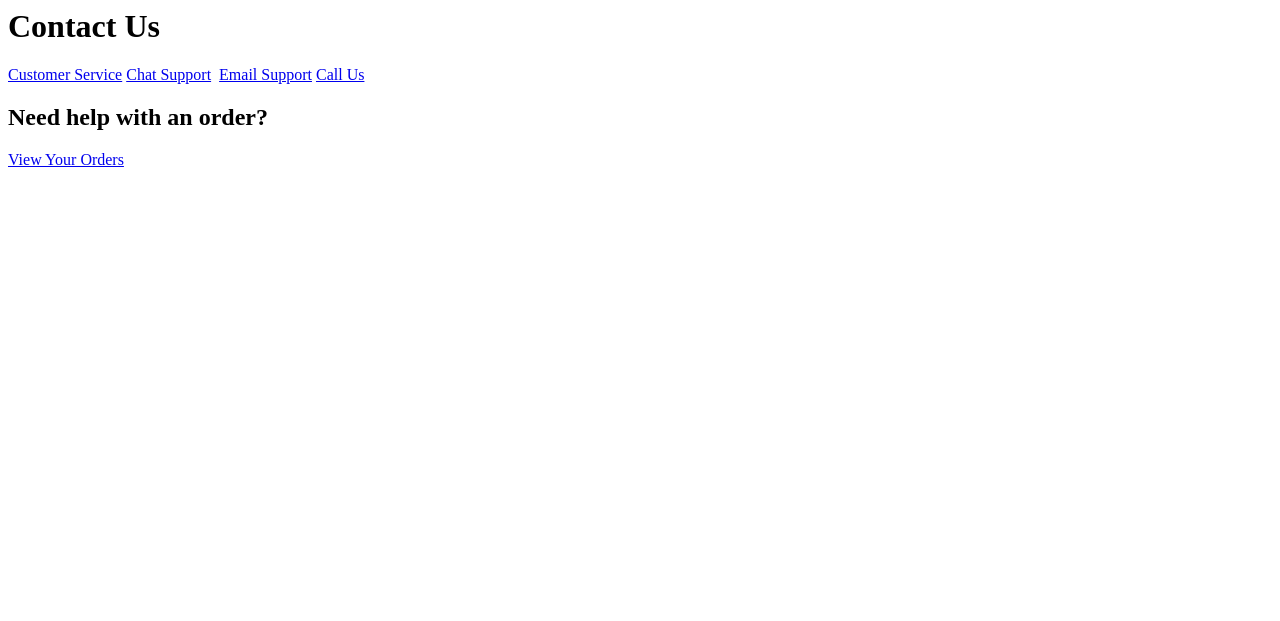
Repository: Shivanibasireddy/Software-Examples
Page: SpringBootMvctest/src/main/resources/static/ContactUs.html
The author's editor kept a copy of each file at every save. The page is drawn from the files as they stood at one save, then again after the next save.
The browser window is 1280 px wide. The pictures show the whole page.

Above is the page before, as saved 2024-12-19 10:13:36.

### SpringBootMvctest/src/main/resources/static/ContactUs.html
<div class="contact-us-page">
        <h1 class="contact-us-header">Contact Us</h1>
        <div class="contact-options">
            <a class="contact-link" href="/help/customer-service">Customer Service</a>
            <a class="contact-link" href="/help/chat-support">Chat Support</a>&nbsp;
            <a class="contact-link" href="/help/email-support">Email Support</a>
            <a class="contact-link" href="/help/call-support">Call Us</a>
        </div>
        <div class="help-section">
            <h2 class="help-header">Need help with an order?</h2>
            <a class="order-help-link" href="/orders">View Your Orders</a>
        </div>
    </div

After the next save:
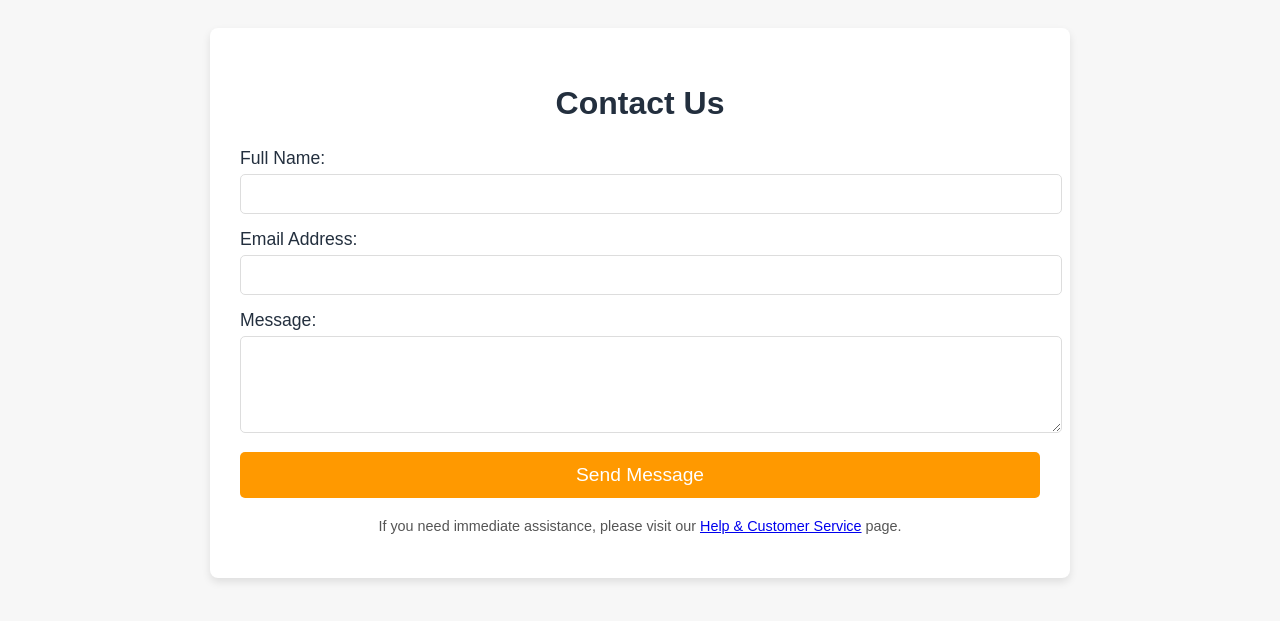
Saved 96 s later.
--- a/SpringBootMvctest/src/main/resources/static/ContactUs.html
+++ b/SpringBootMvctest/src/main/resources/static/ContactUs.html
@@ -1,13 +1,87 @@
-<div class="contact-us-page">
-        <h1 class="contact-us-header">Contact Us</h1>
-        <div class="contact-options">
-            <a class="contact-link" href="/help/customer-service">Customer Service</a>
-            <a class="contact-link" href="/help/chat-support">Chat Support</a>&nbsp;
-            <a class="contact-link" href="/help/email-support">Email Support</a>
-            <a class="contact-link" href="/help/call-support">Call Us</a>
+<!DOCTYPE html>
+<html lang="en">
+<head>
+    <meta charset="UTF-8">
+    <meta name="viewport" content="width=device-width, initial-scale=1.0">
+    <title>Contact Us - Amazon</title>
+    <style>
+        body {
+            font-family: Arial, sans-serif;
+            background-color: #f7f7f7;
+            padding: 20px;
+        }
+        .contact-container {
+            max-width: 800px;
+            margin: 0 auto;
+            background-color: #ffffff;
+            padding: 30px;
+            box-shadow: 0 4px 8px rgba(0, 0, 0, 0.1);
+            border-radius: 8px;
+        }
+        h2 {
+            color: #232f3e;
+            font-size: 2em;
+            text-align: center;
+        }
+        label {
+            font-size: 1.1em;
+            color: #232f3e;
+            display: block;
+            margin-bottom: 5px;
+        }
+        input[type="text"], input[type="email"], textarea {
+            width: 100%;
+            padding: 10px;
+            margin-bottom: 15px;
+            border: 1px solid #ddd;
+            border-radius: 5px;
+            font-size: 1em;
+        }
+        textarea {
+            resize: vertical;
+        }
+        button {
+            background-color: #ff9900;
+            color: white;
+            padding: 12px;
+            font-size: 1.2em;
+            border: none;
+            border-radius: 5px;
+            cursor: pointer;
+            width: 100%;
+        }
+        button:hover {
+            background-color: #e68900;
+        }
+        .footer {
+            text-align: center;
+            margin-top: 20px;
+            font-size: 0.9em;
+            color: #555;
+        }
+    </style>
+</head>
+<body>
+
+    <div class="contact-container">
+        <h2>Contact Us</h2>
+        <form action="submit_contact_form.php" method="POST">
+            <label for="name">Full Name:</label>
+            <input type="text" id="name" name="name" required>
+
+            <label for="email">Email Address:</label>
+            <input type="email" id="email" name="email" required>
+
+            <label for="message">Message:</label>
+            <textarea id="message" name="message" rows="5" required></textarea>
+
+            <button type="submit">Send Message</button>
+        </form>
+
+        <div class="footer">
+            <p>If you need immediate assistance, please visit our <a href="https://www.amazon.com/gp/help/customer/display.html" target="_blank">Help & Customer Service</a> page.</p>
         </div>
-        <div class="help-section">
-            <h2 class="help-header">Need help with an order?</h2>
-            <a class="order-help-link" href="/orders">View Your Orders</a>
-        </div>
-    </div
+    </div>
+
+</body>
+</html>
